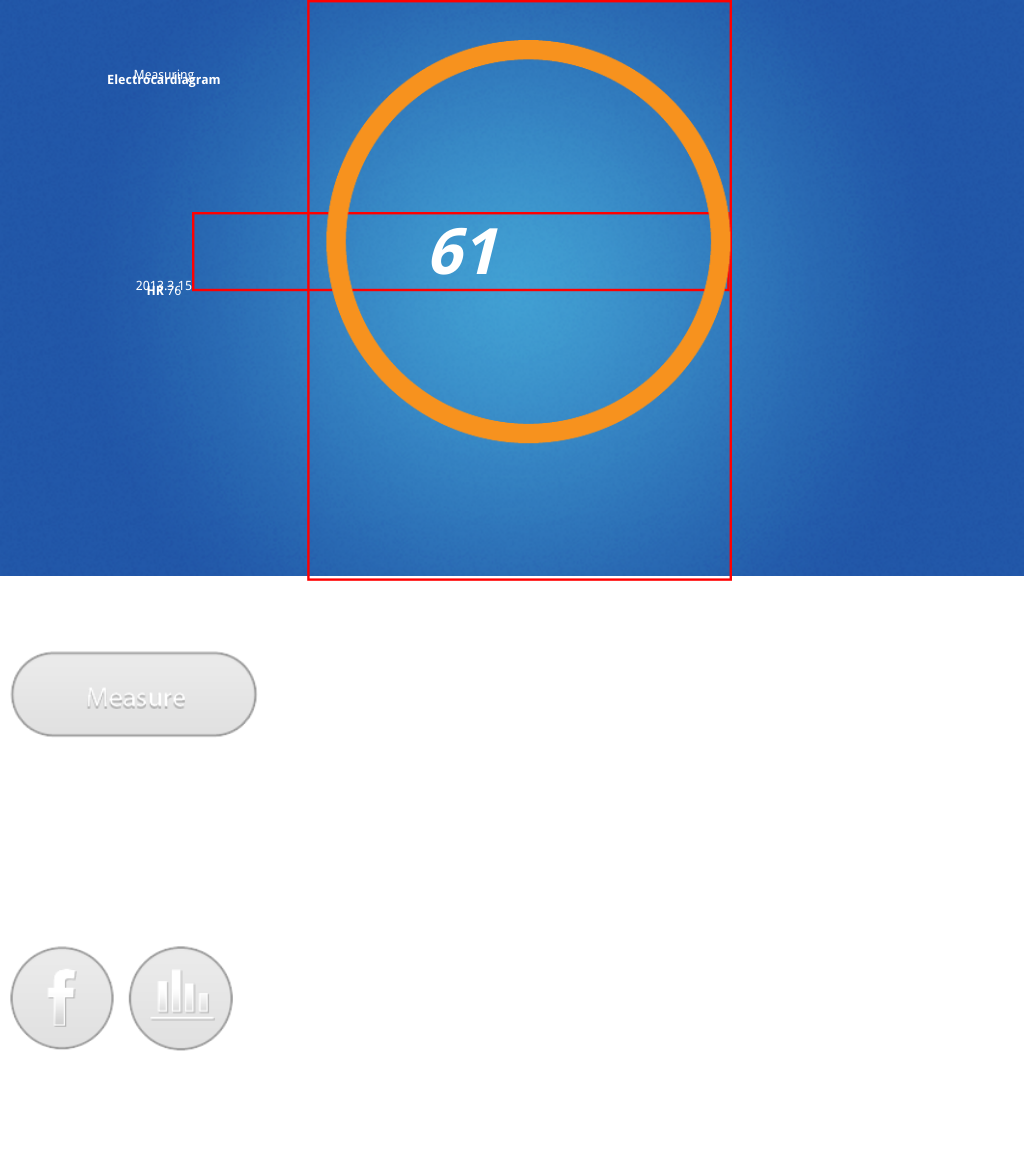
Repository: chouwill79131/IEcontest
Page: BluetoothChat/assets/complete.html
An editor plug-in stored every save of this project. The page is shown before and after the next save, followed by the edit.
The browser window is 1280 px wide. The pictures show the whole page, at 80% of full size.

Above is the page before, as saved 2013-03-08 18:07:14.
Console error: TypeError: Cannot set properties of null (setting 'innerHTML')

### BluetoothChat/assets/complete.html
<html>
  <head>
    <meta http-equiv="Content-Type" content="text/html; charset=utf-8"/>
    <link href="complete.css" rel="stylesheet"/>
    <script src="jquery.js"></script>
    <script src="highcharts.js"></script>
    <script src="delay.js"></script>
    <script src="main.js"></script>
  </head>
  <body>
    <div id="main" >
    	<div class="left">
			<div class="text">
				<div class="word">Electrocardiagram</div><br />
				<div class="subword">Measuring</div><br />

				<div class="hr">HR <span id="hr">76</span></div><br />
				<div class="date">2013.3.15</div>
			</div>

		</div>

		<div class="mid">
			<div class="score">61</div>
			<img class="circle" src="button/circle.png" />
		</div>

		<div class="right">
			<button class="measure"><img src="button/Measure.png" /></button><br />
			<button class="share" ><img src="button/Share.png" /></button>
			<button class="record"><img src="button/Record.png" /></button>
		</div>




	</div>
  </body>
</html>

### BluetoothChat/assets/complete.css
@font-face {
    font-family: droidsans;
    src: url(fonts/droidsans.ttf);
}

@font-face {
    font-family: DroidSans-Bold;
    src: url(fonts/DroidSans-Bold.ttf);
}

body { margin:0; padding:0;}
#main { width: auto; height: 100%; background-image: url(button/background.png); background-size: 100% 100%; }
.left, .mid, .right {float: left; height: 100%; }


.left {  width: 28%; padding-left:2%;}
.text, .hr , .date{ text-align: center; color:white;}
.word { margin-top: 25%;  font-family: DroidSans-Bold ; }
.subword, .date { margin-top:-12%; font-family: droidsans ;}
.hr {  margin-top: 65%;  font-family: DroidSans-Bold ;}
.date { font-family: droidsans ;}
#hr { font-family: droidsans ;}

.mid { border:solid red ;width: 41%; }
.circle { width: auto; height:70%; margin-left: 4%; }
.score { text-align: center;border:solid red ; color:white;margin-top:50%; z-index: 1;  margin-left:-28% ; font-family: DroidSans-Bold;font-style: italic; ;font-size: 60pt;}
.circle { margin-top: -60%; z-index: 2; }

.right { width: 29%; }
.right button { float: left; border: none; background: transparent; }
.measure img {margin-top: 10%; width: auto;  height:15%; }
.share img, .record img { width: auto;  height:18%; }
.measure { margin-left: 2%; margin-top: 15%; }
.share, .record { background: red;margin-top: 70%; margin-left: 2%; }


<!--
border? font? .record_top
-->

### BluetoothChat/assets/delay.js

$(function(){
setTimeout(function(){
$.getScript("dy_chart.js");
},200)
})

### BluetoothChat/assets/main.js
var chart;
var step = 0.01;	//step0.008每秒125點	//0.005極限
var xstart = step;
var hr = "--";
var score = "--";
var index;
$(document).ready(function ready() {

    var s = "";
    var theDate = new Date();
    s += theDate.getYear()+1900 + ".";                //  年
    s += (theDate.getMonth() + 1) + ".";				// 月
    s += theDate.getDate(); 							// 日
    document.getElementById("date").innerHTML = s;
    index = document.getElementById("main").innerHTML; //保留首頁

    $(".measure").live("click", function() {
      measure();
    }); //click .measure


}); //(document).ready

function shared(){
	view1 = document.getElementById("rhythm").innerHTML;
	document.getElementById("rhythm").innerHTML = view1+'<img class="stop" src="button/complete.png" style="width:100%; margin-top: -50% ;z-index:5;position: relative;" />';
	$("#main").live("click", function() {
      document.getElementById("rhythm").innerHTML = view1;
    });
}

function complete(hr1,score1){
  hr = hr1;
  score = score1;
  view = document.getElementById("dy_chart").innerHTML;
  document.getElementById("dy_chart").innerHTML = view+'<img class="stop" src="button/Completed.png" style="width:50%; margin: -20% 0% 0% 25%; z-index:2;position: relative;" />';
  $(".stop").html('<img src="button/Continue.png" />');
}

function addSomething(a) {
  for (var i in a){
    chart.series[0].addPoint([xstart,a[i]],false,true);
    xstart += step;
  }
  chart.redraw();
}

function history(history){
	view2 = document.getElementById("main").innerHTML;
    $("#main").html(
    '<div class="main1">'+
	'<div class="contain">'+
	'<div id="dy_chart" style="z-index:1;position: relative;"></div>'+
	'</div>'+
	'<div id="foot">'+
	'<button class="stop">'+
	'<img src="button/Back.png" />'+
	'</button>'+
	'</div>'+
    '</div>'
    );

    Highcharts.setOptions({
      global: {
	useUTC: true
      }
    });

    hischart = new Highcharts.Chart({
      chart: {
		renderTo: 'dy_chart',
		backgroundColor: 'transparent',
		type: 'line',
      },
      title: {
		style:{ color: '#FFFFFF'},
		text: 'Measure history',
      },
      credits: {			// highchart.com
		enabled:false
      },
      legend: {  			// 線的標示
        enabled: false
      },
      xAxis: {
      	type: 'datetime',
		dateTimeLabelFormats: { // don't display the dummy year
	  		month: '%e. %b',
	  		year: '%b'
		},
		lineColor: '#FFFFFF',
		labels: {
	  		style: {
				color: '#FFFFFF',
			}
		}
	  },
	  yAxis: {
	    title: {text: 'Feeling',
	    			style: {
						color: '#FFFFFF',
					}
				},
	  	gridLineColor: '#FFFFFF',
	  	labels: {
	  		style: {
				color: '#FFFFFF',
			}
		}
	  },
	  plotOptions: {
                line: {
                    dataLabels: {
                        enabled: true,
                        color: '#FFFFFF',
                    },
                    enableMouseTracking: true,
                }
      },
	series: [{
	  name: 'measure history',
	  color: '#FFFFFF',
	  data: history
	}],
    });

    $(".stop").live("click", function(){
 //     hr = "--";
      $(".main1").html(view2);
 //     document.getElementById("hr").innerHTML = hr;
    });
};// .record click

function measure(){
	xstart = 0.01;
	$("#main").html('<div class="main1">'+
		'<div class="contain">'+
		'<div id="dy_chart" style="z-index:1;position: relative;"></div>'+
		'</div>'+
		'<div id="foot">'+
		'<button class="stop" onclick="window.MyHandler.disconnect()">'+
		'<img src="button/Stop.png" />'+
		'</button>'+
		'</div>'+
      	'</div>');
    Highcharts.setOptions({
      global: {useUTC: true }
    });
    chart = new Highcharts.Chart({
      chart: {
		renderTo: 'dy_chart',
		backgroundColor: 'transparent',
		type: 'spline',
		marginRight: 10,
      },
      credits: {enabled:false},
      title: {
		style:{ color: '#FFFFFF'},
		text: 'Electrondiagram',
      },
      xAxis: {
		type: 'x Axis',
		style:{ color: '#FFFFFF'},
		tickPixelInterval: 100,
		lineColor: '#FFFFFF',
		labels: {style: {color: '#FFFFFF'}},
      },
      yAxis: {
      	title: {
      		text: 'Score',
      		style: {color: '#FFFFFF'}},
	  		gridLineColor: '#FFFFFF',
	  		labels: {style: {color: '#FFFFFF'}},
			//max:1500,
			//min:0,
			title: {
	  			style:{ color: '#FFFFFF'},
	  			text: 'PPG'
	  		},
			plotLines: [{value: 0,width: 1}]
      	},
      	legend: {enabled: false},
      	exporting: {enabled: false},
      	plotOptions: {
			spline: {
	  			lineWidth: 1,
	  			states: {
	    			hover: {
	      				enabled: false,
	      				lineWidth: 2
	    			}
	  			},
	  		marker: {
	    		enabled: false,
	    		states: {
	      			hover: {
						enabled: false,
	      			}
	    		}
	  		},
		}
      }, // yAxis
      series: [{
		name: 'Data',
		color: '#FFFFFF',
		data: (function() {
	  		var data = [];
	  		var step = 0.01;	//step0.008每秒125點	//0.005極限
			var xstart = step;
	  		for (var i = -4; i <= xstart; i+=step){data.push({x: i,y: 0 });}
	  		return data;
		})()
		}]
    }); //Highcharts

    hr = '--';
    score = '--';
    $(".stop").live("click",function() {
      $(".main1").html(index);
      document.getElementById("hr").innerHTML = hr;
      document.getElementById("rhythm").innerHTML = '<div id="score">'+score+'</div><img class="circle" src="button/circle.png" />';
    }); //click .stop
}

### BluetoothChat/assets/dy_chart.js
var chart;
var step = 0.01;	//step0.008每秒125點	//0.005極限
var xstart = step;
//a = Math.random();
var hr = 15;
var score = 80;
function complete(hr1,score1){
	hr = hr1;
	score = score1;
	view = document.getElementById("dy_chart").innerHTML;
	document.getElementById("dy_chart").innerHTML = view+'<img class="stop" src="button/60.png" style="width:50%; margin: -20% 0% 0% 25%; z-index:2;position: relative;" /><br />'+hr+',<br />'+score;
}

function addSomething(a) {
//	setInterval(function() {        			 // for testing feq
	for (var i in a){
		chart.series[0].addPoint([xstart,a[i]],false,true);
		xstart += step;
	}

	/**
	chart.series[0].addPoint([xstart,a],false,true);
	xstart += step;
	**/

	chart.redraw();
//	}, 1000);									// for testing feq
}



$(function () {
	$(".stop").click(function() {
	$(".main1").html('  <div id="main" >'+
    	'<div class="left">'+
			'<div class="text">'+
				'<div class="word">Electrocardiagram</div><br />'+
				'<div class="subword">Measuring</div><br />'+
				'<div class="hr">HR <span id="hr"></span></div>'+
				'<div id="date"></div>'+
			'</div>'+
		'</div>'+
		'<div class="mid" id="mid">'+
			'<div class="score">84</div>'+
			'<img class="circle" src="button/circle.png" />'+
		'</div>'+
		'<div class="right">'+
			'<button class="measure"><img src="button/Measure.png" /></button><br />'+
			'<button class="share" ><img src="button/Share.png" /></button>'+
			'<button class="record"><img src="button/Record.png" /></button>'+
		'</div>'+
	'</div>');
 // 		window.location.href = "complete.html";
	});
    $(document).ready(function() {
        Highcharts.setOptions({
            global: {
                useUTC: false
            }
        });

        chart = new Highcharts.Chart({
            chart: {
                renderTo: 'dy_chart',
                backgroundColor: 'transparent',
                type: 'spline',
                marginRight: 10,
            },
            credits: {
            enabled:false
            }
            ,
            title: {
            	style:{ color: '#FFFFFF'},
                text: 'Electrondiagram',
            },
            xAxis: {
                type: 'x Axis',
                style:{ color: '#FFFFFF'},
                tickPixelInterval: 150
            },
            yAxis: {
            	max:1500,
            	min:0,
                title: {
                	style:{ color: '#FFFFFF'},
                    text: 'Value'
                },
                plotLines: [{
                    value: 0,
                    width: 1,
                }]
            },

            legend: {
                enabled: false
            },
            exporting: {
                enabled: false
            },
	    plotOptions: {
                spline: {
                   lineWidth: 1,
                   states: {
                       hover: {
                       	enabled: false,
                        lineWidth: 2
                       }
                   },
                   marker: {
                      enabled: false,
                      states: {
                          hover: {
                             enabled: false,
                          }
                      }
                  },
               }
            },
            series: [{
                name: 'Data',
                color: '#FFFFFF',
                data: (function() {
                    // generate an array of random data
                    var data = [],
                        time = (new Date()).getTime(),i;

                    for (i = -4; i <= xstart; i+=step) {
                        data.push({
                            x: i,
                            y: 0
                        });
                    }
                    return data;
                })()
            }]
        });
    });
});

Loaded but not shown: BluetoothChat/assets/jquery.js (library); BluetoothChat/assets/highcharts.js (library)

After the next save:
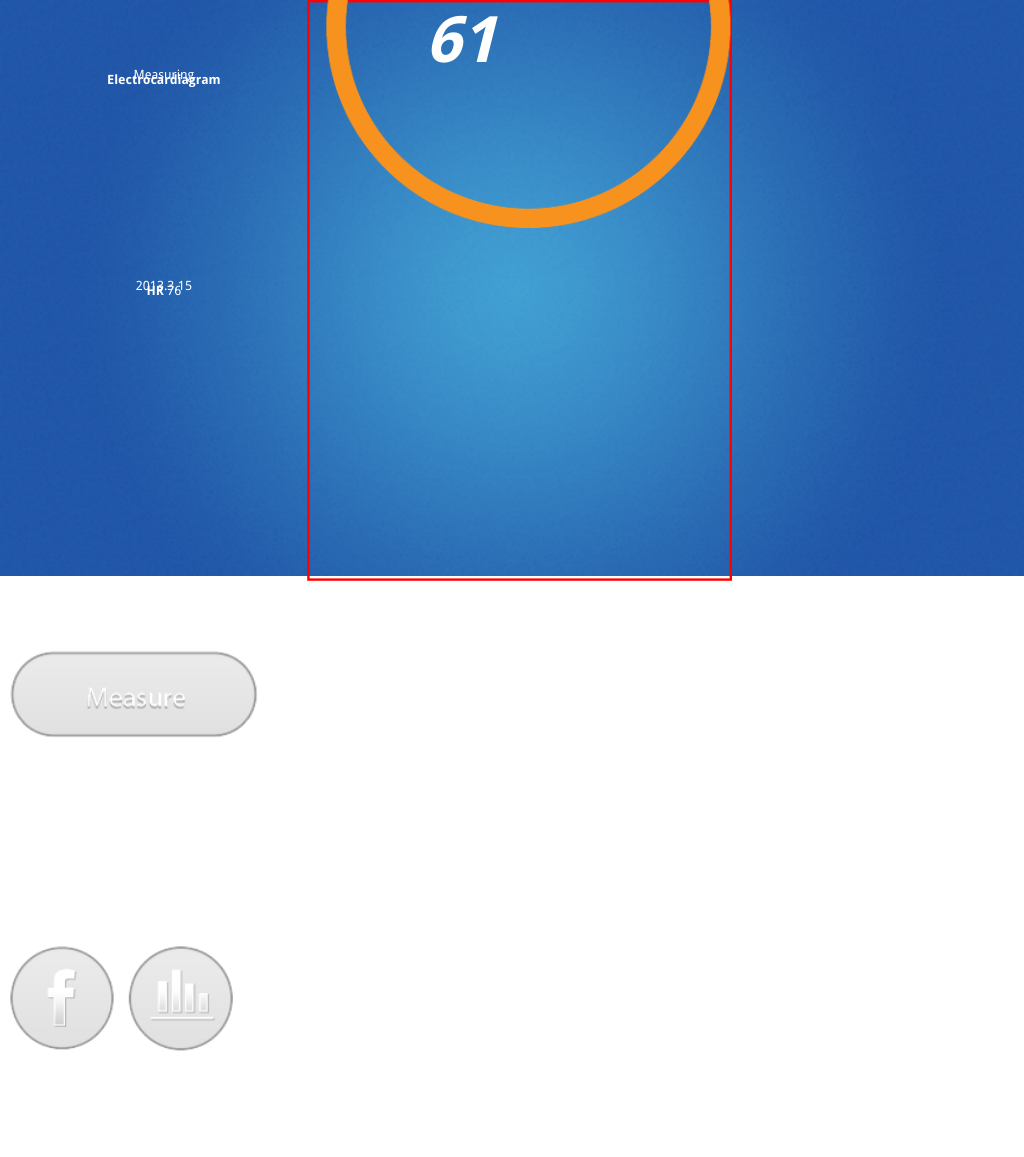
Saved 60 s later.
--- a/BluetoothChat/assets/complete.css
+++ b/BluetoothChat/assets/complete.css
@@ -23,7 +23,7 @@ body { margin:0; padding:0;}
 
 .mid { border:solid red ;width: 41%; }
 .circle { width: auto; height:70%; margin-left: 4%; }
-.score { text-align: center;border:solid red ; color:white;margin-top:50%; z-index: 1;  margin-left:-28% ; font-family: DroidSans-Bold;font-style: italic; ;font-size: 60pt;}
+.score { text-align: center;color:white; margin:0 auto ; z-index: 1;  margin-left:-28% ; font-family: DroidSans-Bold;font-style: italic; ;font-size: 60pt;}
 .circle { margin-top: -60%; z-index: 2; }
 
 .right { width: 29%; }
